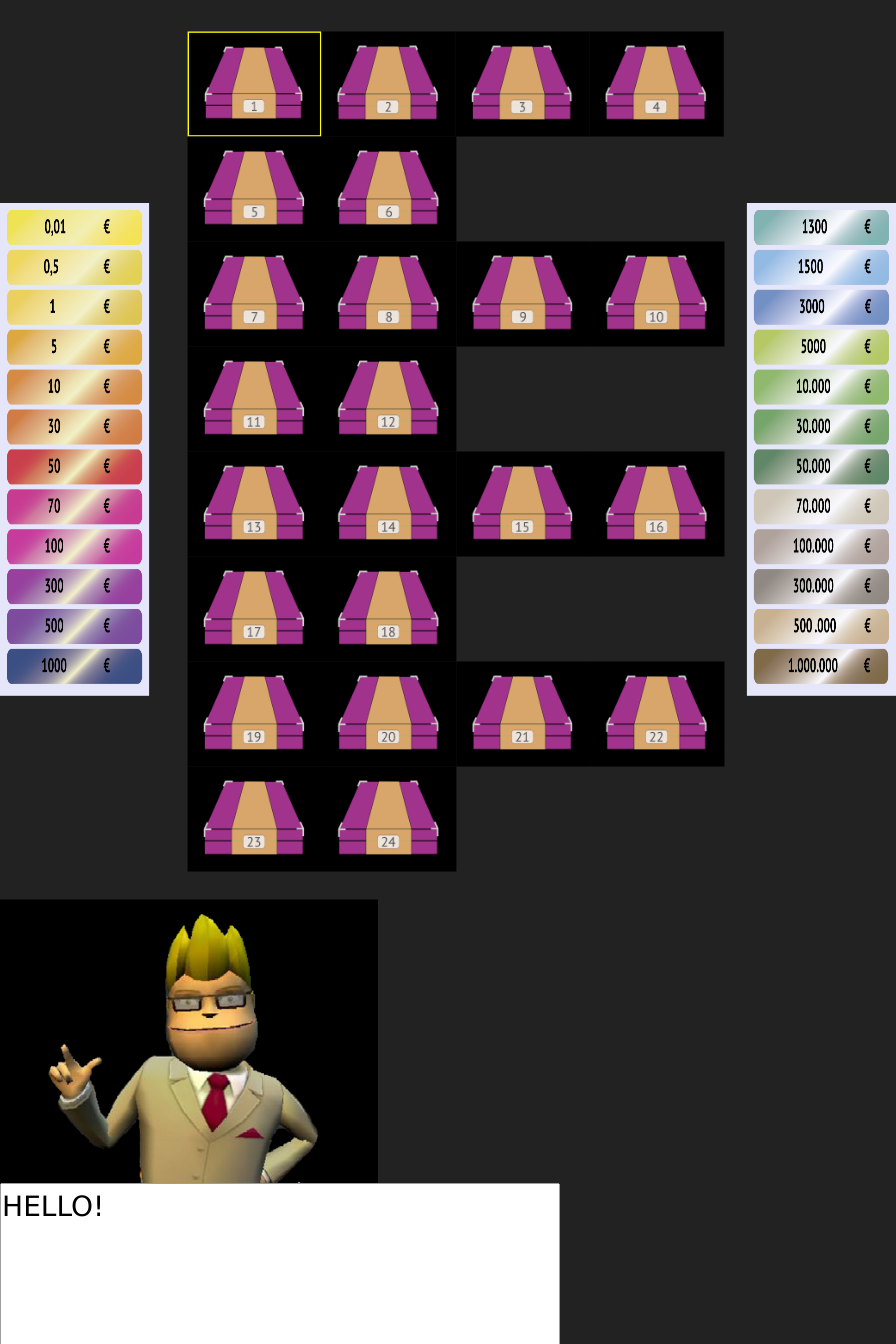
Repository: elnacp/Deal_or_no_deal
Page: DealOrNoDeal/index.html
These files come from the project's save history. The page is drawn as it stood at one moment and after the next save; the edit follows.
The browser window is 1280 px wide. The pictures show the part of the page from y = 0 to 1920 px (the page is 3378 px tall before and 720 px after), at 70% of full size.
Some web libraries are served in a nearby version.

Above is the page before, as saved 2017-12-04 11:08:03.

### DealOrNoDeal/index.html
<!DOCTYPE html>
<html>
<head>
    <meta charset="utf-8" />
    <meta name="viewport" content="width=device-width, initial-scale=1.0, maximum-scale=1.0">
    <meta name="description" content="Tizen TV basic template generated by Samsung TV Web IDE"/>

    <title>Tizen TV Web IDE - Tizen TV - Tizen TV basic Application</title>

	<!-- jQuery library -->
	<script src="https://ajax.googleapis.com/ajax/libs/jquery/3.1.1/jquery.min.js"></script>
    <link rel="stylesheet" href="https://maxcdn.bootstrapcdn.com/bootstrap/4.0.0-beta.2/css/bootstrap.min.css" integrity="sha384-PsH8R72JQ3SOdhVi3uxftmaW6Vc51MKb0q5P2rRUpPvrszuE4W1povHYgTpBfshb" crossorigin="anonymous">
    <script src="https://code.jquery.com/jquery-3.2.1.slim.min.js" integrity="sha384-KJ3o2DKtIkvYIK3UENzmM7KCkRr/rE9/Qpg6aAZGJwFDMVNA/GpGFF93hXpG5KkN" crossorigin="anonymous"></script>
    <script src="https://cdnjs.cloudflare.com/ajax/libs/popper.js/1.12.3/umd/popper.min.js" integrity="sha384-vFJXuSJphROIrBnz7yo7oB41mKfc8JzQZiCq4NCceLEaO4IHwicKwpJf9c9IpFgh" crossorigin="anonymous"></script>
    <script src="https://maxcdn.bootstrapcdn.com/bootstrap/4.0.0-beta.2/js/bootstrap.min.js" integrity="sha384-alpBpkh1PFOepccYVYDB4do5UnbKysX5WZXm3XxPqe5iKTfUKjNkCk9SaVuEZflJ" crossorigin="anonymous"></script>
    <link rel="stylesheet" type="text/css" href="css/style.css"/>
    <script src="js/main.js"></script>

</head>

<body>

	  <div class = "container-fluid">
		<div class="row">
   			<div class="col-md-2">

					<input type="image"  id ="prizes"  name="first" src="./img/prizes/0,01.png"   />
					<input type="image"  id ="prizes" src="./img/prizes/0,5.png"   />
					<input type="image"  id ="prizes" src="./img/prizes/1.png"  	/>
					<input type="image"  id ="prizes" src="./img/prizes/5.png"  	/>
					<input type="image"  id ="prizes" src="./img/prizes/10.png"     />
					<input type="image"  id ="prizes" src="./img/prizes/30.png"     />
					<input type="image"  id ="prizes" src="./img/prizes/50.png"     />
					<input type="image"  id ="prizes" src="./img/prizes/70.png"     />
					<input type="image"  id ="prizes" src="./img/prizes/100.png"    />
					<input type="image"  id ="prizes" src="./img/prizes/300.png"    />
					<input type="image"  id ="prizes" src="./img/prizes/500.png"    />
					<input type="image"  id ="prizes" src="./img/prizes/1000.png"    />


   			</div>
    		<div class="col-md-8">

    			<div id="chests" class= "row">
					<input type="image"  class ="image-chest" id="selector" name="1" src="./img/chests/1.png"  />
					<input type="image"  class ="image-chest" id="" name="2" src="./img/chests/2.png"  />
					<input type="image"  class ="image-chest" id="" name="3" src="./img/chests/3.png"  />
					<input type="image"  class ="image-chest" id="" name="4" src="./img/chests/4.png"  />
					<input type="image"  class ="image-chest" id="" name="5" src="./img/chests/5.png"  />
					<input type="image"  class ="image-chest" id="" name="6" src="./img/chests/6.png"  />
				</div>
				<div id="chests" class= "row">
					<input type="image"  class ="image-chest" id="" name="7" src="./img/chests/7.png"  />
					<input type="image"  class ="image-chest" id="" name="8" src="./img/chests/8.png"  />
					<input type="image"  class ="image-chest" id="" name="9" src="./img/chests/9.png" />
					<input type="image"  class ="image-chest" id="" name="10" src="./img/chests/10.png"  />
					<input type="image"  class ="image-chest" id="" name="11" src="./img/chests/11.png"  />
					<input type="image"  class ="image-chest" id="" name="12" src="./img/chests/12.png"  />
				</div>
				<div id="chests" class= "row">
					<input type="image"  class ="image-chest" id="" name="13" src="./img/chests/13.png"  />
					<input type="image"  class ="image-chest" id="" name="14" src="./img/chests/14.png"  />
					<input type="image"  class ="image-chest" id="" name="15" src="./img/chests/15.png"  />
					<input type="image"  class ="image-chest" id="" name="16" src="./img/chests/16.png"  />
					<input type="image"  class ="image-chest" id="" name="17" src="./img/chests/17.png"  />
					<input type="image"  class ="image-chest" id="" name="18" src="./img/chests/18.png"  />
				</div>
				<div id="chests" class= "row">
					<input type="image"  class ="image-chest" name="19" src="./img/chests/19.png"  />
					<input type="image"  class ="image-chest" name="20" src="./img/chests/20.png"  />
					<input type="image"  class ="image-chest" name="21" src="./img/chests/21.png"  />
					<input type="image"  class ="image-chest" name="22" src="./img/chests/22.png"  />
					<input type="image"  class ="image-chest" name="23" src="./img/chests/23.png"  />
					<input type="image"  class ="image-chest" name="24" src="./img/chests/24.png"  />
				</div>

    		</div>
   		 	<div class="col-md-2">


					<input type="image"  id ="prizes" src="./img/prizes/1300.png"   />
					<input type="image"  id ="prizes" src="./img/prizes/1500.png"   />
					<input type="image"  id ="prizes" src="./img/prizes/3000.png"  	/>
					<input type="image"  id ="prizes" src="./img/prizes/5000.png"  	/>
					<input type="image"  id ="prizes" src="./img/prizes/10000.png"     />
					<input type="image"  id ="prizes" src="./img/prizes/30000.png"     />
					<input type="image"  id ="prizes" src="./img/prizes/50000.png"     />
					<input type="image"  id ="prizes" src="./img/prizes/70000.png"     />
					<input type="image"  id ="prizes" src="./img/prizes/100000.png"    />
					<input type="image"  id ="prizes" src="./img/prizes/300000.png"    />
					<input type="image"  id ="prizes" src="./img/prizes/500000.png"    />
					<input type="image"  id ="prizes" src="./img/prizes/1000000.png"    />


   		 	</div>
 		 </div>

 		 <div class="row">
 		 		<input type="image" id="presenter" src="./img/banquero_propuesta.jpg"/>
 		 		<textarea id="message" rows="4" cols="6" readonly>HELLO!</textarea>
 		 		<input type="image" id="user_chest" src="./img/chestAgafat.png"/>
 		  </div>



	</div>
	<div  class="container"  >
 		 		<p id="message-banquero1"  class="row"> El banquero ofrece un intercambio de: <p id="message-banquero2"  class="row"> 10000€ </p> </p>
 		 		<input type="image"  id ="banquero" src="./img/welcome.jpg"   class="row"  />
 		 		<div class="row">
	 		 		<input type="image"  id ="acceptar" src="./img/acceptar.png"    />
	 		 		<input type="image"  id ="rechazar" src="./img/rechazar.png"    />
 		 		</div>

 	</div>
	 <script src="js/chestController.js"></script>
	 <script src="js/banqueroController.js"></script>
</body>

</html>

### DealOrNoDeal/css/style.css
* {
    font-family: Verdana, Lucida Sans, Arial, Helvetica, sans-serif;
}

body {
    margin: 0px auto;
    background-color:#222;
}

/*.contents {
	display: flex;
	display: -webkit-flex;
	box-sizing: border-box;
	-webkit-box-sizing: border-box;
	height:320px;
}


.content_text {
	font-weight:bold;
	font-size:5em;
	color:#fff;
}*/

.container-fluid{
	z-index: -1;
}

.container{
	position:absolute;
	z-index: 0;
}

#banquero{
	width: 750px;
	height: 600px;
}

#acceptar, #rechazar{
	width: 200px;
	height: 200px;
}

#acceptar{
	border: 2px solid yellow;
}

#message-banquero1{
	color: white;
	font-size: 40px;
}
#message-banquero2{
	color: white;
	font-size: 100px;
}


.col-md-2{
	margin: auto;
	border: none;
	padding: 10px;
	display: block;
	background-color:lavender;
}

.col-md-8{
	padding-left: 70px;
	padding-top: 45px;
	padding-bottom: 40px;
	text-align: center;
	/*background-color: red;*/
	margin: none;
	display: block;
}

textarea{
	width:800px;
}

#user_chest{
	width:580px;
	height:400px;
}

textarea{
	font-size: 40px;
}

#prizes{
	width: 100%;
	height:50px;
}

.image-chest{

	max-width:200px;
	max-height:150px;
	border: 0px solid white;
}

#selector{
	border: 2px solid yellow;
}

#chests{

	margin: none;
	width: 100%;
}

### DealOrNoDeal/js/main.js

window.onload = function () {
    // TODO:: Do your initialization job
	var up = 0;
	var down = 0;
	var right = 0;
	var left = 0;
	var cofreSeleccionat = 0; // indica quin cofre es del jugador
	var seleccionat = 0; //indica si el  cofre ha estat seleccionat (FLAG)
    var pag = 0;
    var valorsOberts  = [];  // valors de cofres que ja han sortit
    var valors = []; // tots els valors que poden sortir d'un cofre
    var torns  = 24;

    valors = ["0,01", "0,5", "1","5", "10", "30", "50", "70", "100", "300", "500", "1000",
              "1300", "1500", "3000", "5000", "10000", "30000", "50000", "70000", "100000", "300000", "500000", "1000000" ];

    shuffle(valors);
    //$('#pop-up-banquero').hide();

    //barreja array de valors de cada cofre.
    function shuffle(a) {
        var j, x, i;
        for (i = a.length - 1; i > 0; i--) {
            j = Math.floor(Math.random() * (i + 1));
            x = a[i];
            a[i] = a[j];
            a[j] = x;

        }
    }

    //MOURE EL CURSOR PER SOBRE DE TOTS ELS COFRES
    document.addEventListener("keydown", function(e){
    	var selector = document.getElementById("selector");
    	switch(e.keyCode){
			case 38:  //UP
				up = 1;
				break;
			case 37:  //LEFT
				left = 1;
				break;
			case 39:   //RIGHT
				right = 1;
				break;
			case 40:  //DOWN
				down = 1;
				break;
    	}

    	changeSelector(selector, up, down, right, left);
    	up = 0;
    	down = 0;
    	left = 0;
    	right = 0;
    });

    document.addEventListener("keydown", function(e){
    	if(e.keyCode == 13 && seleccionat == 1){
    		var ok = obrirCofreSeleccionat(valors, valorsOberts);  //funcio que obre el cofre i ens dona el valor que ha tret
    		//console.log(valors);
    		//console.log(valorsOberts);
    		if( ok == 1){
    			torns--;
    			//console.log("entra");
    		}


    		banqueroAppears(torns, valors);
    	}
    	if(e.keyCode == 13 && seleccionat == 0){   // El primer ok es per seleccionar cofre
    		cofreUsuari(cofreSeleccionat);
    		seleccionat = 1;
    		torns--;
    	}


    });



};

### DealOrNoDeal/js/chestController.js
// cursor que es mou per els cofres
function changeSelector(selector, up, down, right, left){
	var num = 0;
	for ( var i = 1; i < 25; i++){
		if( selector.name == i){
			if( up == 1){
				num = parseInt(selector.name)-6;
				if( num > 0 && num < 25){
					var aux = document.getElementsByName(num);
					aux[0].id = 'selector';
					selector.id = "";
				}
			}
			if( down == 1){
				num = parseInt(selector.name)+6;
				if( num > 0 && num < 25){
					var aux = document.getElementsByName(num);
					aux[0].id = 'selector';
					selector.id = "";
				}
			}
			if( right == 1){
				num = parseInt(selector.name)+1;
				if(num < 25 ){
					var aux = document.getElementsByName(num);
					aux[0].id = 'selector';
					selector.id = "";
				}
			}
			if( left == 1){
				num = parseInt(selector.name)-1;
				if(num > 0 ){
					var aux = document.getElementsByName(num);
					aux[0].id = 'selector';
					selector.id = "";
				}
			}
		}
	}
}


// Agafa el cofre que el usuari ha escollit
function cofreUsuari(cofreSeleccionat){
	var num = 0;

	var cofre = document.getElementById("selector");

	//canviem la imatge del cofre del usuari per el que hagui seleccionat
	var usuariCofre = document.getElementById("user_chest");
	usuariCofre.src = cofre.src;

	//canviem el selector en el primer element de la llista
	if(parseInt(cofre.name) == 1){
		num = 2;
	}else{
		num = 1;
	}
	var aux = document.getElementsByName(num);
	aux[0].id = 'selector';
	cofre.id = "";
	cofre.src = "./img/chestAgafat.png";

}

//obre els cofres que ha seleccionat el usuari que vol descartar
function obrirCofreSeleccionat(valors, valorsOberts){
	var cofre = document.getElementById("selector");
	var ok = 0;
	if( cofre.getAttribute("src") != "./img/chestAgafat.png" ){
		if(cofre.getAttribute("src")!= "./img/caja_abierta.png"){
			cofre.src = "./img/caja_abierta.png";
			valorsOberts.push(valors[0]);
			var textarea = document.getElementById("message");
			textarea.value = "The chest content: " + valors[0]+ "€"; // substitueix el contingut de text area
			//var prizes = document.getElementByName("first");
			value = "./img/prizes/"+valors[0]+".png";
			//console.log($("[src='"+value+"'"));
			var prize = document.querySelectorAll('[src="'+value+'"]');
			prize[0].src = "./img/dinerAgafat.png";
			valors.splice(0,1);// elimina el valor de array valor
			ok = 1;
		}
	}
	return  ok;

}

### DealOrNoDeal/js/banqueroController.js
function banqueroAppears(torns, valors){
	var aux = 0;
	var oferta = 0;
	var quantitat = 0;

	if( torns == 18 || torns == 13 || torns == 8 || torns == 4 || torns == 3 || torns == 2){
		// el banquer et farà una proposta segons els diners que et quedin
		for ( var i= 0; i < valors.length; i++){
			//console.log(parseInt(valors[i]));
			aux = aux + parseInt(valors[i]);
			//console.log(aux);
			quantitat++;
		}
		console.log(aux);
		console.log(valors.length);
		oferta =aux / valors.length;
		oferta = Math.round(oferta);
		// fem la mitja dels valors que li queden
		/*$('.container-fluid').hide();
		$('#pop-up-banquero').show();
		var popup = document.getElementById("message-banquero2");
		popup.value = oferta + "€";*/



	}
	if( torns == 1){  //canviar el cofre que tens per el cofre que queda
		var textarea = document.getElementById("message");
		textarea.value = "Vols canviar el cofre?";
	}


}

After the next save:
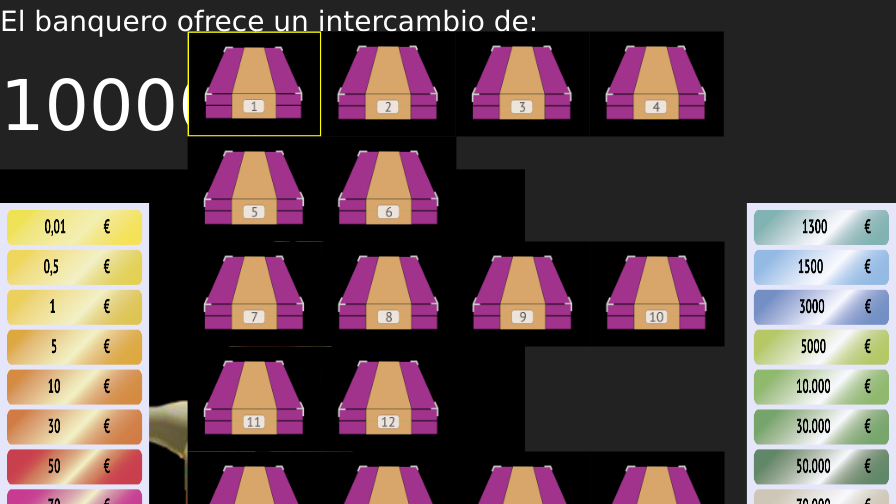
Saved 84 s later.
--- a/DealOrNoDeal/css/style.css
+++ b/DealOrNoDeal/css/style.css
@@ -23,12 +23,13 @@ body {
 }*/
 
 .container-fluid{
-	z-index: -1;
+	position: fixed;
+    z-index: 2;
 }
 
 .container{
-	position:absolute;
-	z-index: 0;
+	position: fixed;
+    z-index: 1;
 }
 
 #banquero{
